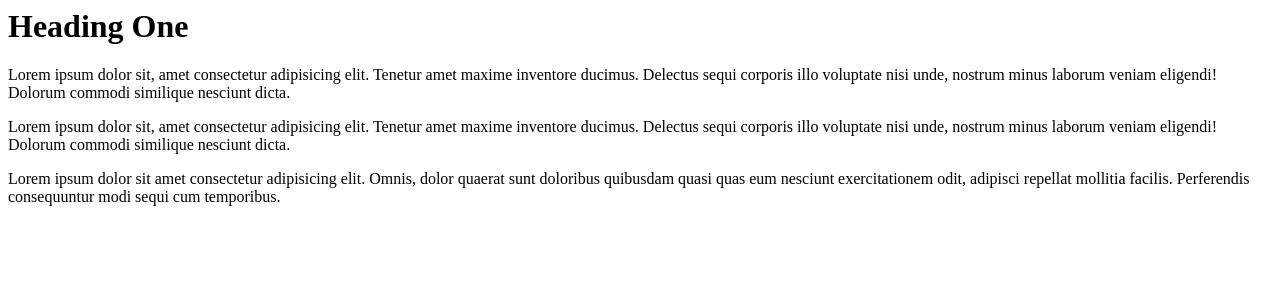
Repository: MonwarAdeeb/Bista_Solutions
Page: HTML & CSS/CSS/Level Two/01. Fonts.html
An editor plug-in stored every save of this project. The page is shown before and after a run of saves, followed by the edit.
The browser window is 1280 px wide. The pictures show the whole page.

Above is the page before, as saved 2021-05-20 15:15:41.

### HTML & CSS/CSS/Level Two/01. Fonts.html
<html lang="en">
<head>
    <meta charset="UTF-8">
    <meta http-equiv="X-UA-Compatible" content="IE=edge">
    <meta name="viewport" content="width=device-width, initial-scale=1.0">
    <title>Fonts</title>
    <link rel="stylesheet" href="01. Fonts.css">
</head>
<body>
    <h1>Heading One</h1>

    <p>Lorem ipsum dolor sit,
        amet consectetur adipisicing elit.
        Tenetur amet maxime inventore ducimus.
        Delectus sequi corporis illo voluptate nisi unde,
        nostrum minus laborum veniam eligendi!
        Dolorum commodi similique nesciunt dicta.</p>

    <p id="two">Lorem ipsum dolor sit,
        amet consectetur adipisicing elit.
        Tenetur amet maxime inventore ducimus.
        Delectus sequi corporis illo voluptate nisi unde,
        nostrum minus laborum veniam eligendi!
        Dolorum commodi similique nesciunt dicta.</p>

    <p>Lorem ipsum dolor sit amet consectetur adipisicing elit. Omnis, dolor quaerat sunt doloribus quibusdam quasi quas eum nesciunt exercitationem odit, adipisci repellat mollitia facilis. Perferendis consequuntur modi sequi cum temporibus.</p>

</body>
</html>

Loaded but not shown: HTML & CSS/CSS/Level Two/01. Fonts.css (no stored copy; drawn as an empty file)

After the next 7 saves:
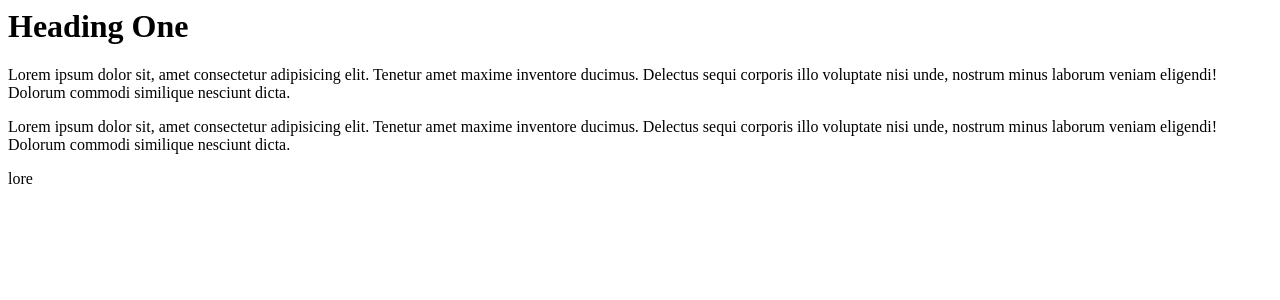
The 7 saves are shown as one change because they came seconds apart.
The last was saved 32 s later.
--- a/HTML & CSS/CSS/Level Two/01. Fonts.html
+++ b/HTML & CSS/CSS/Level Two/01. Fonts.html
@@ -23,7 +23,7 @@
         nostrum minus laborum veniam eligendi!
         Dolorum commodi similique nesciunt dicta.</p>
 
-    <p>Lorem ipsum dolor sit amet consectetur adipisicing elit. Omnis, dolor quaerat sunt doloribus quibusdam quasi quas eum nesciunt exercitationem odit, adipisci repellat mollitia facilis. Perferendis consequuntur modi sequi cum temporibus.</p>
+    <p>lore</p>
 
 </body>
 </html>
